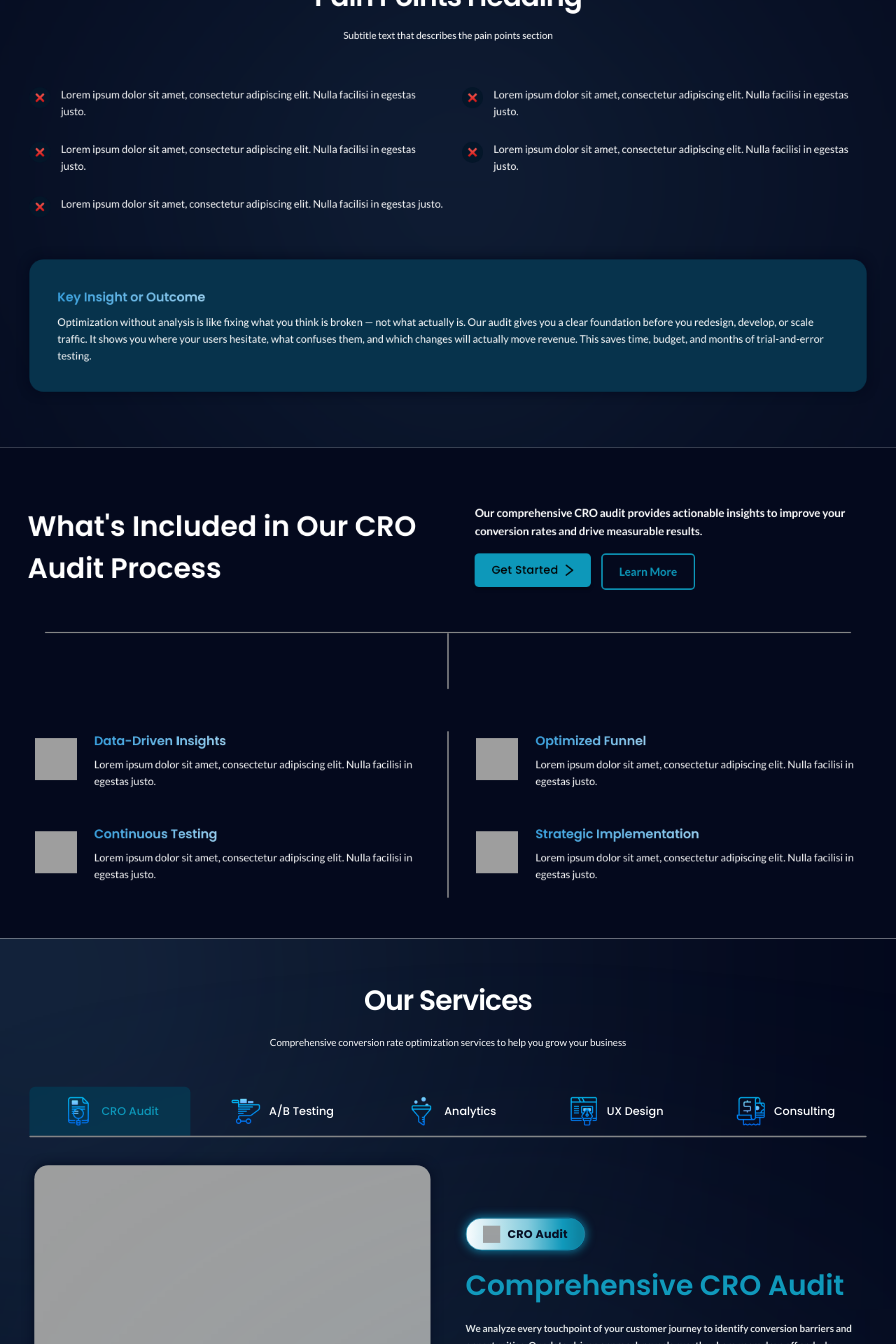
Repository: YahyaK01/kinseb
Page: /services
An editor plug-in stored every save of this project. The page is shown before and after the next save, followed by the edit.
The browser window is 1280 px wide. The pictures show the part of the page from y = 1062 to 2982 px (the page is 3590 px tall), at 70% of full size.
Pictures or frames that could not be fetched are drawn as grey boxes. The project was rebuilt for these pictures with package versions that can differ from the ones it lists, and the page was loaded fresh each time. Also part of the build but not shown: src/components/FAQ.js, src/components/CTA.jsx, src/components/MetricsSection.jsx, src/components/WhyCROMatter.jsx, src/components/Processsection.jsx, src/components/Hero.jsx, src/components/CEO.jsx, src/components/Testimonia.jsx and 14 more.

Above is the page before, as saved 2025-12-05 20:09:21.

After the next save:
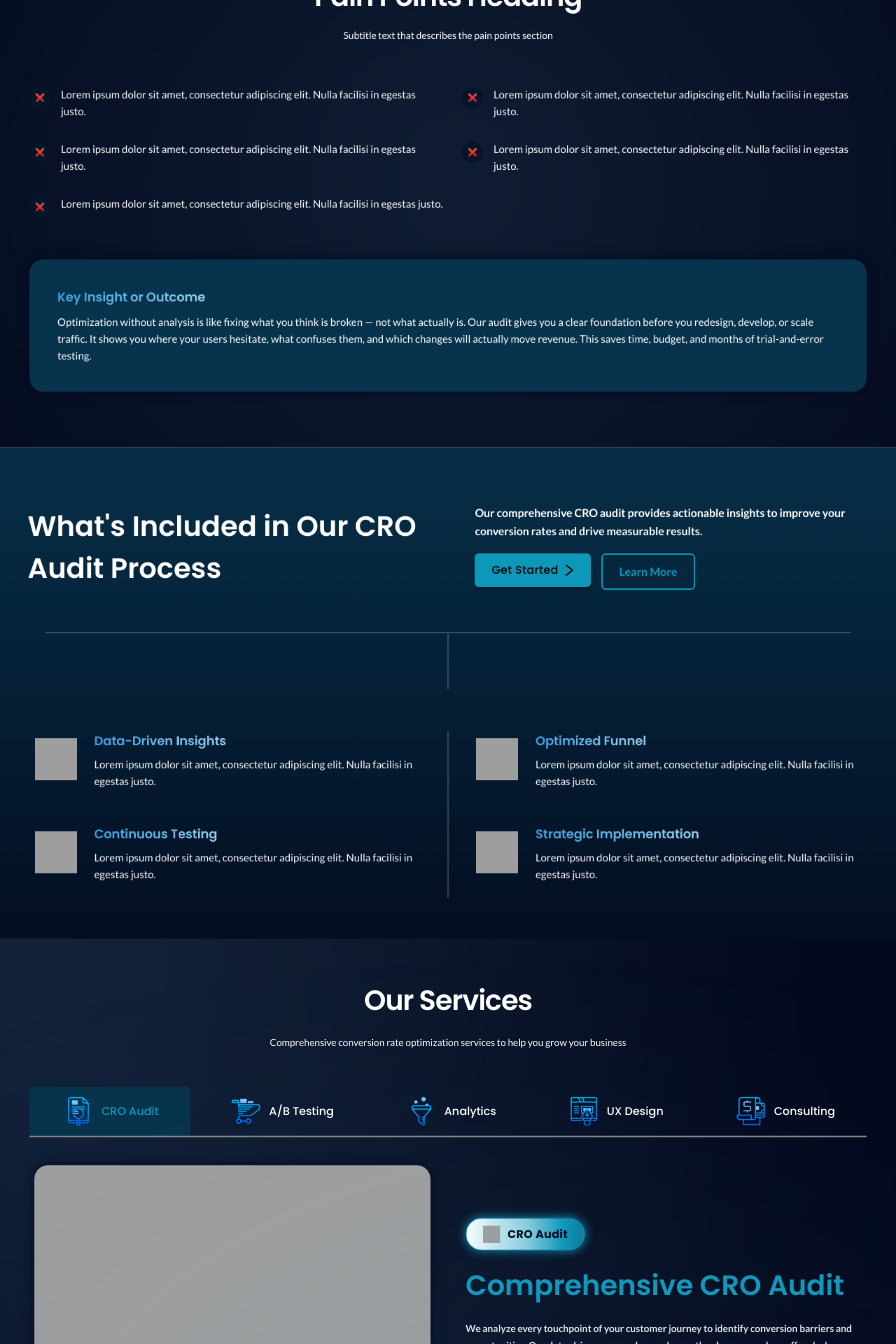
Saved 3 s later.
--- a/src/components/WhyCROMattersSection.jsx
+++ b/src/components/WhyCROMattersSection.jsx
@@ -46,7 +46,7 @@
     maxWidth: '1440px',
     margin: '0 auto',
     width: '100%',
-    background: '#04091D',
+    background: 'linear-gradient(180deg, #0D98BA -309.11%, #04091D 115.25%)',
     opacity: 1,
     willChange: 'transform, opacity',
   };
@@ -180,7 +180,7 @@
   const horizontalSeparatorStyle = {
     width: '100%',
     height: '2px',
-    background: '#848586',
+    background: 'rgba(255, 255, 255, 0.2)',
     borderRadius: '10px',
     gridColumn: isMobile ? undefined : '1 / 4',
     gridRow: isMobile ? undefined : '1',
@@ -191,7 +191,7 @@
   const verticalSeparatorStyle = {
     width: '2px',
     height: 'clamp(40px, 8vw, 80px)',
-    background: '#848586',
+    background: 'rgba(255, 255, 255, 0.2)',
     borderRadius: '10px',
     gridColumn: isMobile ? undefined : '2',
     gridRow: isMobile ? undefined : '2',
@@ -290,7 +290,7 @@
     height: '238px',
     left: 'calc(50% - 1px)',
     top: '0',
-    background: '#848586',
+    background: 'rgba(255, 255, 255, 0.2)',
     borderRadius: '10px',
     display: isMobile ? 'none' : 'block',
     opacity: isVisible ? 1 : 0,
@@ -369,10 +369,12 @@
       </div>
 
       {/* Separator with T Shape using Grid */}
-      <div style={separatorContainerStyle}>
-        <div style={horizontalSeparatorStyle}></div>
-        <div style={verticalSeparatorStyle}></div>
-      </div>
+      {!isMobile && (
+        <div style={separatorContainerStyle}>
+          <div style={horizontalSeparatorStyle}></div>
+          <div style={verticalSeparatorStyle}></div>
+        </div>
+      )}
 
       {/* Points Section */}
       <div style={pointsContainerStyle}>
